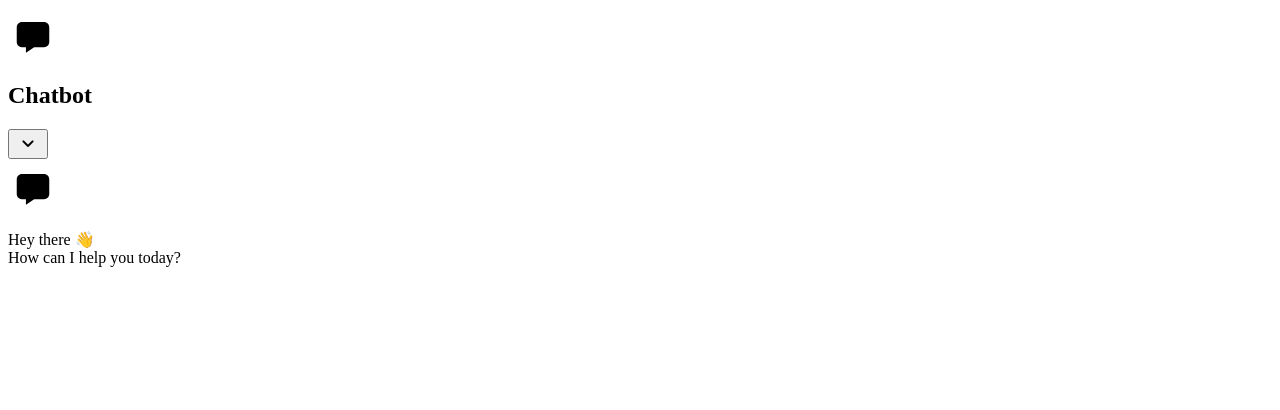
Repository: gogg23/chatbot
Page: / (app in chatbot/)
The author's editor kept a copy of each file at every save. The page is drawn from the files as they stood at one save, then again after the next save.
The browser window is 1280 px wide. The pictures show the whole page.
The project was rebuilt for these pictures with package versions that can differ from the ones it lists, and the page was loaded fresh each time. Also part of the build but not shown: chatbot/vite.config.js, chatbot/src/index.css.

Above is the page before, as saved 2025-01-09 12:17:58.

After the next save:
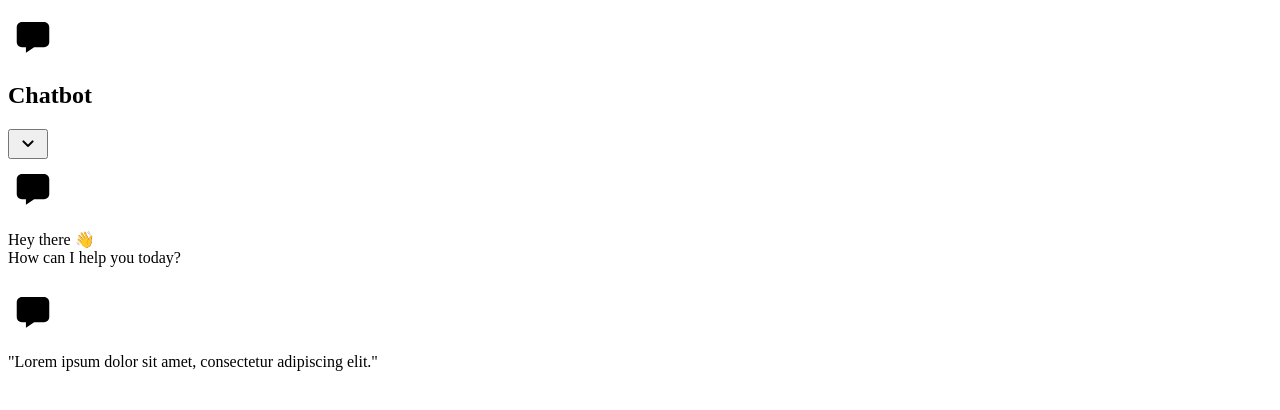
Saved 7 min 24 s later.
--- a/chatbot/src/App.jsx
+++ b/chatbot/src/App.jsx
@@ -24,6 +24,12 @@ const App = () => {
               How can I help you today?
             </p>
           </div>
+          <div className='message user-message'>
+            <ChatbotIcon />
+            <p className='message-text'>
+              "Lorem ipsum dolor sit amet, consectetur adipiscing elit."
+            </p>
+          </div>
         </div>
       </div>
     </div>
